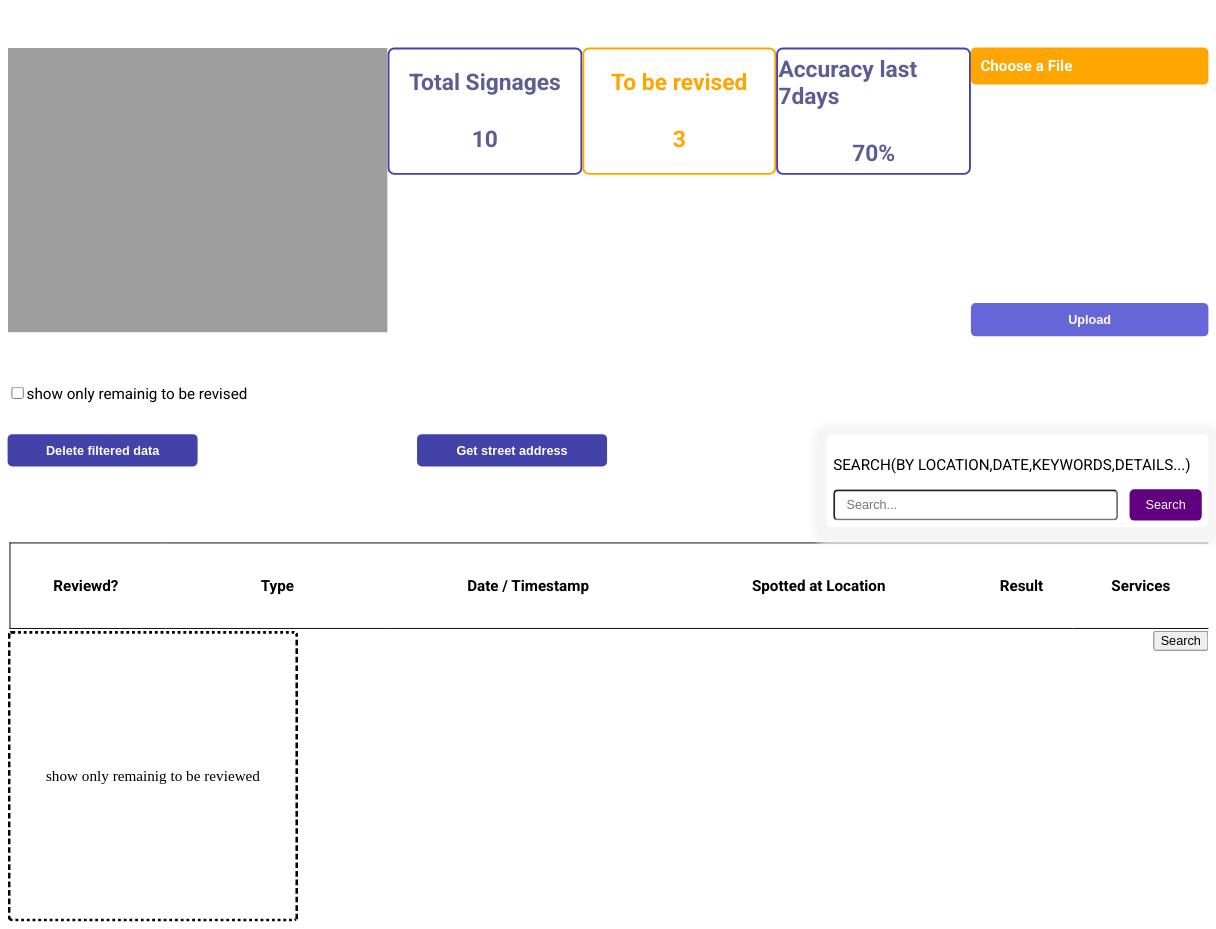
Repository: kalyani179/Kalyani.Builder
Page: /
An editor plug-in stored every save of this project. The page is shown before and after a run of saves, followed by the edit.
The browser window is 1280 px wide. The pictures show the whole page, at 95% of full size.
Pictures or frames that could not be fetched are drawn as grey boxes. The page's requests for data from a server got no answer. Some web fonts or font styles are not loaded; a fallback is used. The project was rebuilt for these pictures with package versions that can differ from the ones it lists, and the page was loaded fresh each time. No one was signed in, and anything a server would have sent is missing.

Above is the page before, as saved 2024-01-10 13:52:15.

### src/App.js

import {BrowserRouter,Routes,Route} from "react-router-dom";
import Home from "./components/Home";

function App() {
  return (
    <div>
      <BrowserRouter>
        <Routes>
          <Route path="/" element={<Home/>} />

        </Routes>
      </BrowserRouter>
    </div>
  );
}

export default App;

### src/components/Home.js
import React, { useState, useEffect } from "react";
import "./Home.css";
import {useNavigate} from "react-router-dom";
import { ColorRing } from "react-loader-spinner";
import toast, { Toaster } from "react-hot-toast";
import axios from "axios";
import { AiFillDelete } from "react-icons/ai";
// import { FaEdit } from "react-icons/fa";
const Home = () => {


  const navigate = useNavigate();
  const [results, setResults] = useState([]);

  const [editData, setEditData] = useState(false);
  const [selectedData, setSelectedData] = useState("");

  const [Result, setResult] = useState("");
  const [Services, setServices] = useState("");
  const [Type, setType] = useState("");
  const [imageUrl, setImageUrl] = useState("");


  const [image, setImage] = useState(null);
  // const [video, setVideo] = useState(null);
  const [loading, setLoading] = useState(false);

  const uploadFile = async (type) => {
    const data = new FormData();
    data.append("file", image);
    data.append("upload_preset", type === "image" ? "images" : "videos");
    try {
      let cloudName = "dscmtg4tx";
      let resourceType = type === "image" ? "image" : "video";
      let api = `https://api.cloudinary.com/v1_1/${cloudName}/${resourceType}/upload`;

      const res = await axios.post(api, data);
      // console.log(res);
      const { secure_url } = res.data;
      // console.log(secure_url);
      return secure_url;
    } catch (error) {
      console.error(error);
    }
  };

  const handleSubmit = async (e) => {
    e.preventDefault();
    try {
      setLoading(true);
      //upload image
      const imageUrl = await uploadFile("image");

      //upload video
      // const videoUrl = await uploadFile("video");

      //sending backend api request
      await axios.post("http://localhost:5000/api/videos", { imageUrl });

      //reset states
      setImage(null);
      // setVideo(null);

      console.log("File uploaded successfully");

      setLoading(false);
      toast.success("uploaded successfully");
      navigate("/");
    } catch (error) {
      console.log(error);
    }
  };


  useEffect(() => {
    // Fetching data from the server
    axios
      .get("http://localhost:5000/api/videos")
      .then((response) => {
        setResults(response.data);
      })
      .catch((error) => {
        console.error("Error fetching data: ", error);
      });
  }, [results]);

  const formatDate = (timestamp) => {
    const options = {
      month: "long",
      day: "numeric",
      year: "numeric",
      hour: "numeric",
      minute: "numeric",
      hour12: true,
    };

    return new Date(timestamp).toLocaleDateString(undefined, options);
  };

  const deleteData = async (id) => {
    const response = await fetch(`http://localhost:5000/api/videos/${id}`, {
      method: "DELETE",
    });
    if (response.status === 200) {
      toast.success("Deleted Successfully");
    } else {
      toast.error("Something went wrong");
    }
  };

  const updateData = async (id) => {
    const response = await fetch(`http://localhost:5000/api/videos/${id}`, {
      method: "PUT",
      headers: {
        "Content-Type": "application/json",
      },
      body: JSON.stringify({ imageUrl, Services, Type, Result }),
    });

    if (response.status === 200) {
      toast.success("Data updated Successfully");
    } else {
      toast.error("Something went wrong");
    }
  };

  return (
    <>
      {/* toaster */}
      <Toaster position="top-center" reverseOrder={false} />
      {/* toaster */}

      <div className="input-file">
        <div>
          <img src="https://i.ibb.co/tmwqkpj/logo.png" alt="website-logo"/>
        </div>
        <div className="card1">
          <h1>Total Signages</h1>
          <h1>10</h1>
        </div>

        <div className="card2">
          <h1>To be revised</h1>
          <h1>3</h1>
        </div>

        <div className="card3">
          <h1>Accuracy last 7days</h1>
          <h1>70%</h1>
        </div>


        <form className="form" onSubmit={handleSubmit}>

         <div>
          <input
            type="file"
            id="fileInput"
            accept="image/*"
            onChange={(e) => setImage((prev) => e.target.files[0])}
          />
          <label for="fileInput" class="custom-file-label">
            Choose a File
          </label>
          </div>


          <div>
          <button className="upload-button" type="submit">
            Upload
          </button>
          </div>
          {loading && (
            <ColorRing
              visible={true}
              height="30"
              width="30"
              ariaLabel="color-ring-loading"
              wrapperStyle={{}}
              wrapperClass="color-ring-wrapper"
              colors={["#e15b64", "#f47e60", "#f8b26a", "#abbd81", "#849b87"]}
            />
          )}




        </form>



      </div>


    <div className="bg2">
     <div>
      <input id="checkbox" type="checkbox"/>
      <label htmlFor="checkbox">show only remainig to be revised</label>
     </div>

     <div className="flexDelete">
      <div>
        <button className="delete">Delete filtered data</button>
      </div>
      <div>
        <button className="getStarted">Get street address</button>
      </div>


      <div className="cardBg-white">
        <p>SEARCH(BY LOCATION,DATE,KEYWORDS,DETAILS...)</p>
      <div>
        <input className="searchBar" type="search" placeholder="Search..." id="search"/>
        <label htmlfor="search">
          <button className="search" type="button">Search</button>
        </label>
      </div>
      </div>
     </div>
     </div>





      <div className="table-data-container">
        <table className="tablestyle">
          <thead>
            <tr>
              <th>Reviewd?</th>
              <th></th>
              <th className="th1">Type</th>
              <th>Date / Timestamp</th>
              <th>Spotted at Location</th>
              <th>Result</th>
              <th>Services</th>
            </tr>
          </thead>
          <tbody>
            {results.map((result) => (
              <tr key={result.id}>
                <td>
                  <AiFillDelete
                    className="delete text-secondary"
                    style={{ cursor: "pointer", marginLeft: "8px" }}
                    onClick={() => deleteData(result._id)}
                  ></AiFillDelete>

                  {/* <FaEdit
                    onClick={() => {
                      setEditData((prevEditData)=> !prevEditData);
                      setSelectedData(result._id);
                    }}
                    className={`${
                      selectedData === result._id && editData
                        ? "text-red-400"
                        : "text-gray-400"
                    }
                  text-gray-400 hover:text-red-400 cursor-pointer
                  scale-110 transition-all`}
                    style={{ cursor: "pointer" }}
                  ></FaEdit> */}
                </td>

                <td>
                  <img
                    className="table-data-image"
                    src={result.imageUrl} // Assuming your API response has an imageUrl property
                    alt=""
                    contentEditable={editData}
                    onInput={(e) => setImageUrl(e.currentTarget.innerText)}
                  />
                </td>
                <td
                  contentEditable={editData}
                  onInput={(e) => setType(e.currentTarget.innerText)}
                >
                  {result.Type}
                </td>
                <td>{formatDate(result.createdAt)}</td>
                <td></td>
                <td
                  contentEditable={editData}
                  onInput={(e) => setServices(e.currentTarget.innerText)}
                >
                  {result.Result}
                </td>
                <td
                  contentEditable={editData}
                  onInput={(e) => setResult(e.currentTarget.innerText)}
                >
                  {result.Services}
                </td>

                {/* <button
                  className={`${
                    selectedData === result._id && editData ? "block" : "hidden"
                  }
                     bg-purple-400 hover:bg-purple-600
                     px-3 py-1 my-1 rounded-md font-bold text-white`}
                   onClick={() => {
                    updateData(result._id);
                    setEditData(false);

                   }}
                >
                  Save
                </button> */}
              </tr>
            ))}
          </tbody>
        </table>

        <div className="bottom-flex">
        <div className="bottom-box">
          <div>
            <inpt type="checkbox"/>
            <p>show only remainig to be reviewed</p>
          </div>



        </div>


        <div>
          <button type="button">Search</button>
          </div>

       </div>

      </div>
    </>
  );
};

export default Home;

### src/components/Home.css
@import url("https://fonts.googleapis.com/css2?family=Bree+Serif&family=Caveat:wght@400;700&family=Lobster&family=Monoton&family=Open+Sans:ital,wght@0,400;0,700;1,400;1,700&family=Playfair+Display+SC:ital,wght@0,400;0,700;1,700&family=Playfair+Display:ital,wght@0,400;0,700;1,700&family=Roboto:ital,wght@0,400;0,700;1,400;1,700&family=Source+Sans+Pro:ital,wght@0,400;0,700;1,700&family=Work+Sans:ital,wght@0,400;0,700;1,700&display=swap");

.tablestyle {
  padding: 0px;
  text-align: center;
  border-color: black;
  margin: 2px;
  font-family: "Roboto";
}

table {
  border-collapse: collapse;
  width: 100%;
}

tr {
  border: 1px solid #000;
  padding: 5px;
}

td {
  padding: 15px;
  margin: 5px;
}

.button {
  background-color: orange;
  margin-bottom: 6px;
  border: 0px;
  border-radius: 10px;
  color: white;
}

.button-edit {
  background-color: #600080;
  border: 0px;
  border-radius: 15px;
  color: white;
}

.button-yes {
  background-color: green;
  border: 0px;
  border-radius: 15px;
  color: white;
  margin-bottom: 6px;
}

.th1 {
  padding: 35px;
}

.table-data-image {
  width: 150px;
}

.tablestyle td {
  overflow: auto;
}

.table-data-container {
  max-width: 100%;
  overflow: hidden;
}

.input-file {
  display: flex;
  justify-content: space-between;

  margin-bottom: 50px;
  margin-top: 50px;
  font-family: Roboto;
}

input[type="file"] {
  display: none;
}

/* Style the custom button to resemble a file input */
.custom-file-input {
  display: inline-block;
  padding: 10px 15px;
  font-size: 16px;
  font-weight: bold;
  color: #fff;
  background-color: #3498db;
  border: 1px solid #2980b9;
  border-radius: 5px;
  cursor: pointer;
}

/* Style the label to give it a button appearance */
.custom-file-label {
  display: inline-block;
  padding:10px;
  font-size: 16px;
  font-weight: bold;
  color: #fff;
  background-color:orange;
  width:230px;
  border-radius: 5px;
  cursor: pointer;
}

/* Change label color when the file is selected */
input[type="file"]:focus + .custom-file-label {
  border-color: #2c3e50;
}

.upload-button{

    border: none;
    background-color:rgb(102, 102, 216);
    color: white;
    font-weight: bold;
    padding: 10px;
    cursor: pointer;
    width:250px;
    border-radius:5px;
}

/* start your css from here */

.form{
  display:flex;
  flex-direction: column;
  justify-content: space-between;
}

.card1{
  border:2px solid rgb(66, 66, 169);
  display: flex;
  flex-direction: column;
  justify-content: center;
  align-items: center;
  width:240px;
  height:130px;
  border-radius:7px;
  font-size:12px;
  color:rgb(93, 93, 148);
}
.card2{
  border:2px solid orange;
  display: flex;
  flex-direction: column;
  justify-content: center;
  align-items: center;
  width:240px;
  height:130px;
  border-radius:7px;
  font-size:12px;
  color:orange;
}
.card3{
  border:2px solid rgb(66, 66, 169);
  display: flex;
  flex-direction: column;
  justify-content: center;
  align-items: center;
  width:240px;
  height:130px;
  border-radius:7px;
  font-size:12px;
  color:rgb(93, 93, 148);
}

.file-input{
  width:300px;
}

.flexDelete{
  display: flex;
  justify-content: space-between;
  margin-top: 33px;

}

.delete{
  background-color:rgb(66, 66, 169);
  color:white;
  font-weight: 600;
  width:200px;
  height:34px;
  border-radius:5px;
  border:0px;
}
.getStarted{
  background-color:rgb(66, 66, 169);
  color:white;
  font-weight: 600;
  width:200px;
  height:34px;
  border-radius:5px;
  border:0px;

}

.search{
  background-color:#600080;
  width:76px;
  height:33px;
  color:#ffffff;
  text-align:center;
  border-radius:5px;
  border:0px;
}
.searchBar{
  width:300px;
  height:33px;
  padding-left:12px;
  margin-right: 12px;
  border-radius:5px;

}
.bg2{
  font-family: Roboto;
  margin-top:12px;
  margin-bottom: 14px;
}

.cardBg-white{
  box-shadow: 0px 4px 8px 14px whitesmoke;
  border-radius:5px;
  padding:7px;
}

.bottom-box{
  border-style: dotted dashed;

  border-radius:5px;
  display: flex;
  flex-direction: column;
  justify-content: center;
  align-items:center;
  width: 300px;
  height: 300px;
}

.bottom-search{
  display: flex;
  flex-direction: row;
  justify-content:flex-end;
}

.bottom-flex{
  display:flex;
  flex-direction: row;
  justify-content: space-between;
}

Loaded but not shown: public/index.html (common file); src/index.js (common file)

After the next 2 saves:
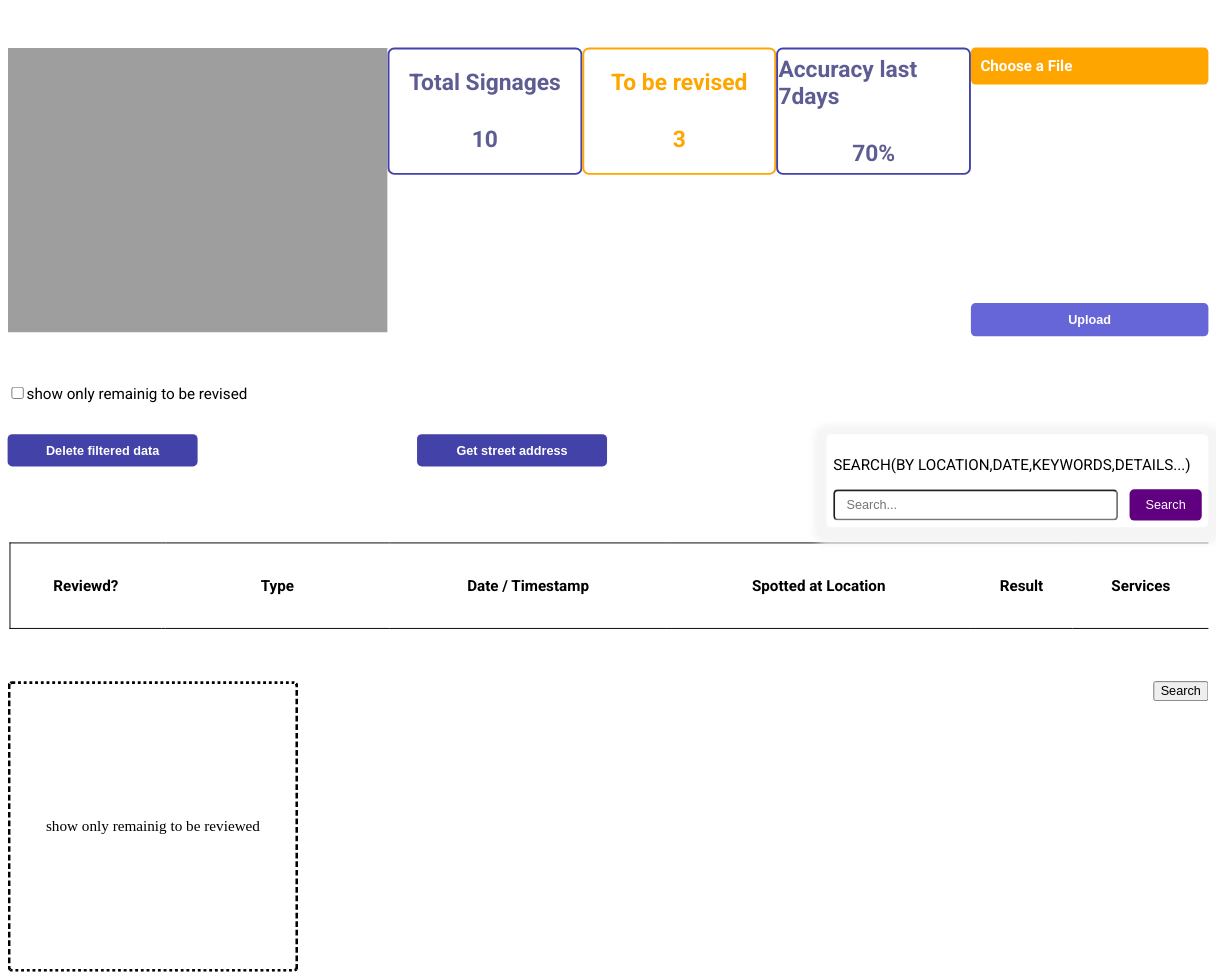
The 2 saves are shown as one change because they came seconds apart.
The last was saved 25 s later.
--- a/src/components/Home.css
+++ b/src/components/Home.css
@@ -246,4 +246,6 @@ input[type="file"]:focus + .custom-file-label {
   display:flex;
   flex-direction: row;
   justify-content: space-between;
-}
+  margin-top:55px;
+
+}
